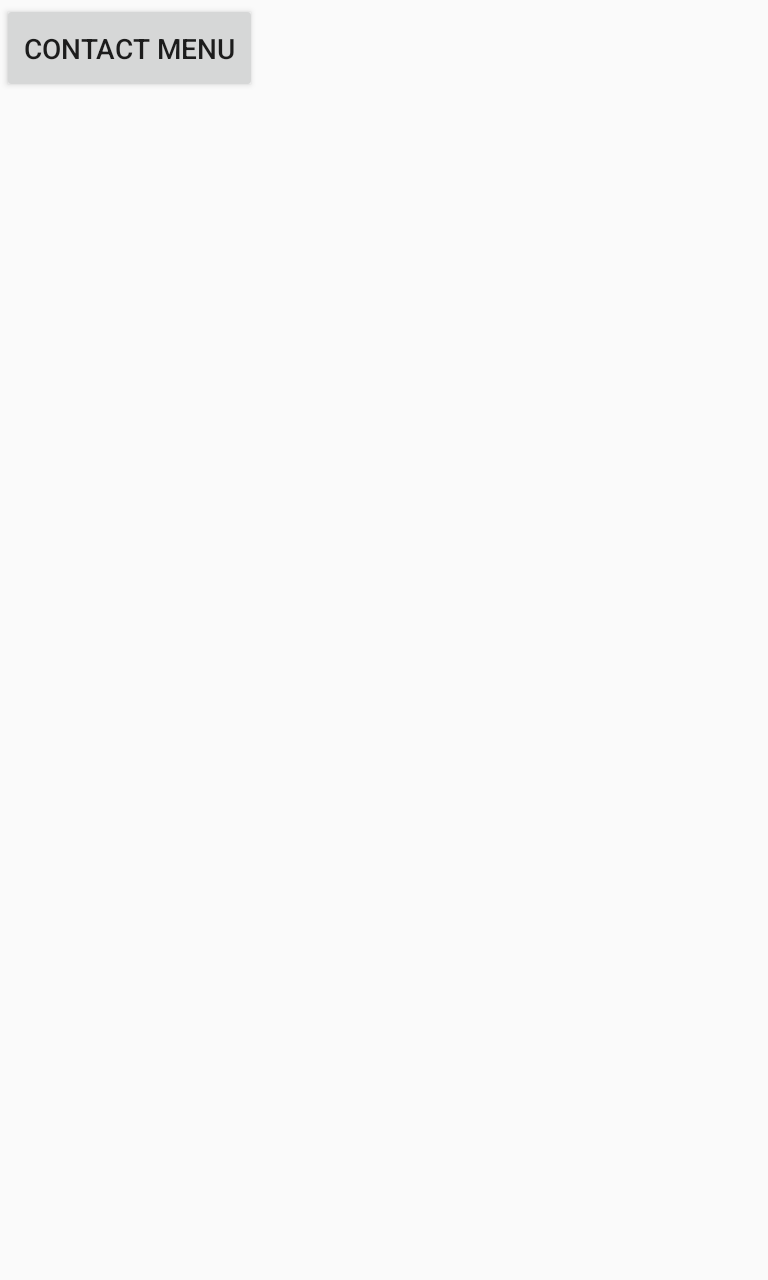
Repository: wisingd/Dajoroli
Layout: Workspace/SplitIt/res/layout/fragment_main.xml
The author's editor kept a copy of each file at every save. The layout is drawn from the files as they stood at one save, then again after the next save.
It is drawn on a 768 x 1280 px phone screen (xhdpi) without system bars, with theme AppTheme; the app's code is not run.

Above is the layout before, as saved 2014-05-07 09:49:54.

### Workspace/SplitIt/res/layout/fragment_main.xml
<LinearLayout xmlns:android="http://schemas.android.com/apk/res/android"
    xmlns:tools="http://schemas.android.com/tools"
    android:layout_width="match_parent"
    android:layout_height="match_parent"
    android:orientation="vertical" >



        <Button
        android:layout_width="wrap_content"
        android:layout_height="wrap_content"
        android:onClick="startContactMenu"
        android:text="@string/startContactMenu"
        />

<!--     <LinearLayout -->
<!--         android:layout_width="match_parent" -->
<!--         android:layout_height="wrap_content" -->
<!--         android:orientation="horizontal" > -->

<!--         <EditText -->
<!--             android:id="@+id/edit_message" -->
<!--             android:layout_width="wrap_content" -->
<!--             android:layout_height="wrap_content" -->
<!--             android:hint="@string/edit_message" /> -->

<!--         <Button -->
<!--             android:layout_width="wrap_content" -->
<!--             android:layout_height="wrap_content" -->
<!--             android:onClick="sendMessage" -->
<!--             android:text="@string/button_send" /> -->
<!--     </LinearLayout> -->

<!--     <Button -->
<!--         android:layout_width="wrap_content" -->
<!--         android:layout_height="wrap_content" -->
<!--         android:onClick="viewContacts" -->
<!--         android:text="@string/view_contacts" /> -->

<!--     <TextView -->
<!--         android:layout_width="wrap_content" -->
<!--         android:layout_height="wrap_content" -->
<!--         android:text="@string/information_text" -->
<!--         android:textSize="15sp" /> -->

<!--     <LinearLayout -->
<!--         android:layout_width="wrap_content" -->
<!--         android:layout_height="wrap_content" -->
<!--         android:orientation="horizontal" > -->

<!--         <EditText -->
<!--             android:id="@+id/debt_amount" -->
<!--             android:layout_width="wrap_content" -->
<!--             android:layout_height="wrap_content" -->
<!--             android:hint="@string/amount" -->
<!--             android:inputType="number" /> -->

<!--         <EditText -->
<!--             android:id="@+id/contact_name" -->
<!--             android:layout_width="wrap_content" -->
<!--             android:layout_height="wrap_content" -->
<!--             android:hint="@string/contact" /> -->
<!--     </LinearLayout> -->

<!--     <LinearLayout -->
<!--         android:layout_width="wrap_content" -->
<!--         android:layout_height="wrap_content" -->
<!--         android:orientation="horizontal" > -->

<!--         <Button -->
<!--             android:layout_width="wrap_content" -->
<!--             android:layout_height="wrap_content" -->
<!--             android:onClick="theyOweMe" -->
<!--             android:text="@string/they_owe_me" /> -->

<!--         <Button -->
<!--             android:layout_width="wrap_content" -->
<!--             android:layout_height="wrap_content" -->
<!--             android:onClick="iOweThem" -->
<!--             android:text="@string/i_owe_them" /> -->
<!--     </LinearLayout> -->

</LinearLayout>

### Workspace/SplitIt/res/values/strings.xml
<?xml version="1.0" encoding="utf-8"?>
<resources>

    <string name="app_name">Split It</string>
    <string name="action_settings">Settings</string>
    <string name="edit_message">Contact name</string>
    <string name="button_send">Create contact!</string>
    <string name="title_activity_display_message">New Activity</string>
    <string name="information_text">Amount to the left, contact to the right</string>
    <string name="view_contacts">View contacts</string>
    <string name="amount">Amount</string>
    <string name="contact">Name</string>
    <string name="they_owe_me">They owe me</string>
    <string name="i_owe_them">I owe them</string>
    <string name="startDebtMenu">Debt menu</string>
    <string name="startContactMenu">Contact menu</string>



</resources>

Loaded but not shown: Workspace/SplitIt/res/values/styles.xml (common file); Workspace/SplitIt/res/values-v11/styles.xml (common file); Workspace/SplitIt/res/values-v14/styles.xml (common file)

After the next save:
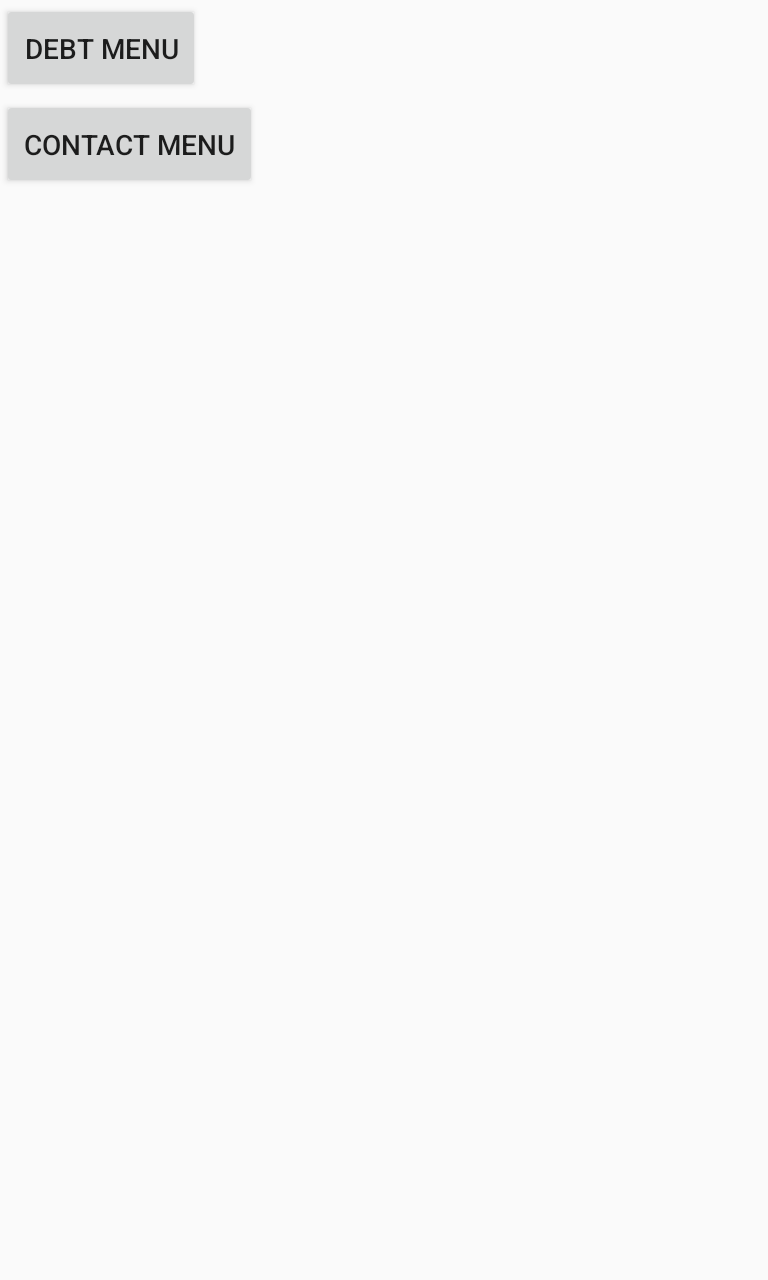
Saved 4 s later.
--- a/Workspace/SplitIt/res/layout/fragment_main.xml
+++ b/Workspace/SplitIt/res/layout/fragment_main.xml
@@ -4,7 +4,12 @@
     android:layout_height="match_parent"
     android:orientation="vertical" >
 
-
+    <Button
+        android:layout_width="wrap_content"
+        android:layout_height="wrap_content"
+        android:onClick="startDebtMenu"
+        android:text="@string/startDebtMenu"
+        />
 
         <Button
         android:layout_width="wrap_content"
